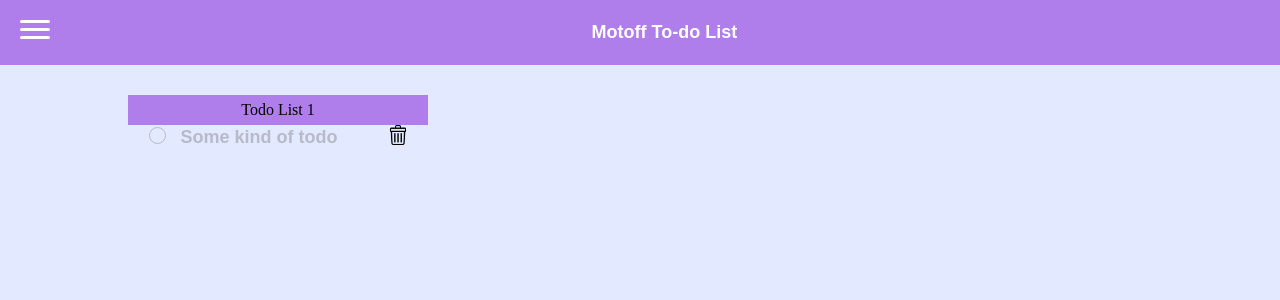
Repository: Amad-Mlinka/Todo-List-Vanilla-JS
Page: index.html
The author's editor kept a copy of each file at every save. The page is drawn from the files as they stood at one save, then again after the next save.
The browser window is 1280 px wide. The pictures show the whole page.
The page's requests for data from a server got no answer.

Above is the page before, as saved 2021-09-15 01:10:24.

After the next save:
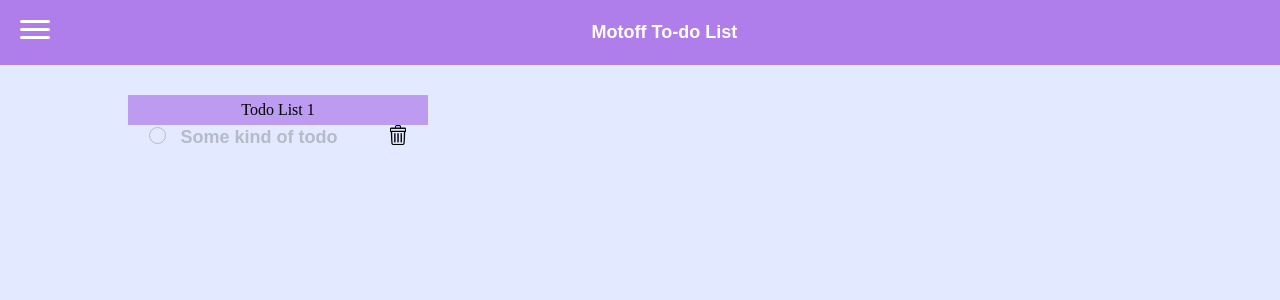
Saved 22 s later.
--- a/styles/style.css
+++ b/styles/style.css
@@ -32,7 +32,7 @@ body{
   justify-content: center;
   align-items: center;
   height: 30px;
-  background: #af7eea;
+  background: #af7eeab9;
 }
 .todoData{
   display: flex;
